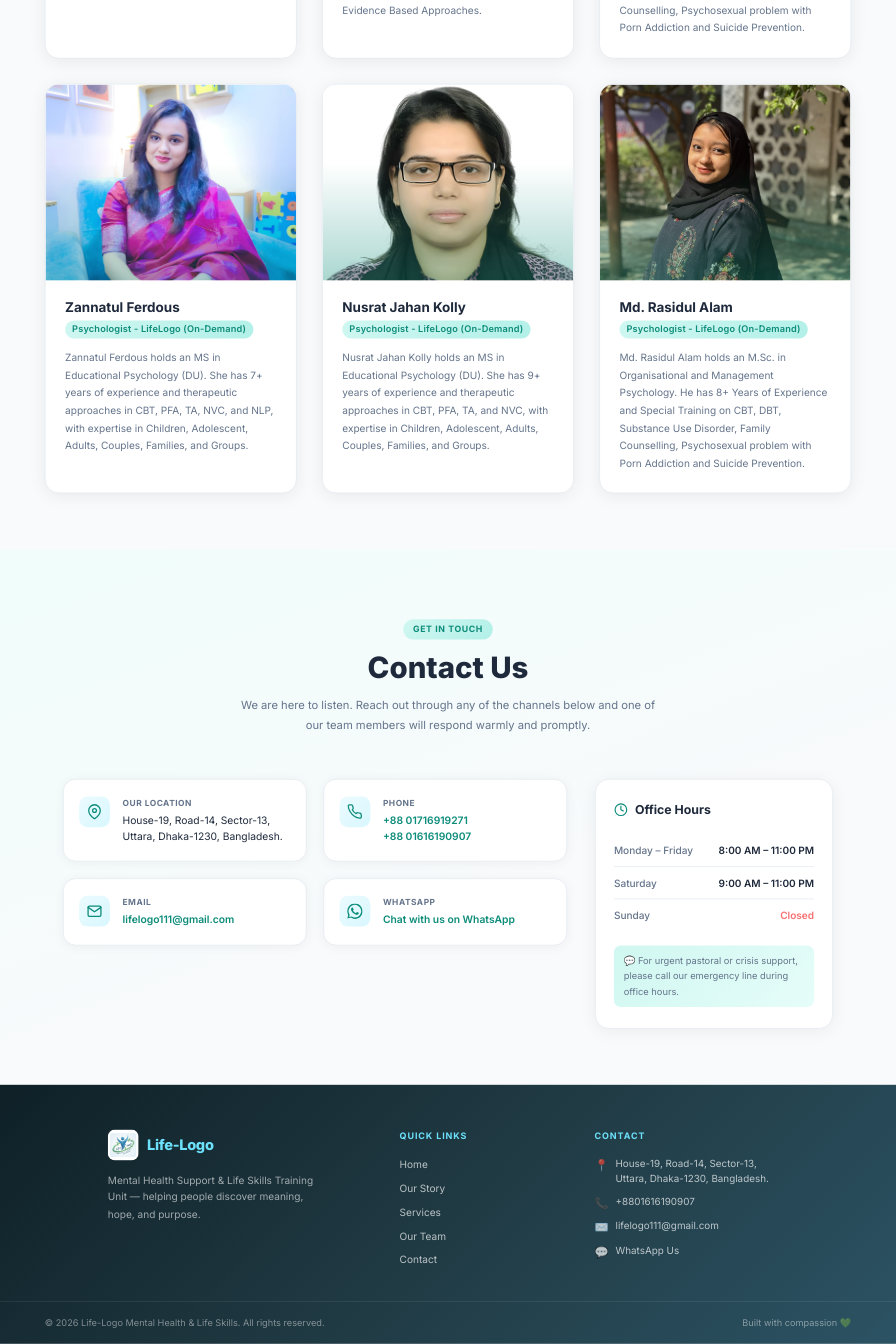
Repository: Tan47s/Lifelogo
Page: /
The author's editor kept a copy of each file at every save. The page is drawn from the files as they stood at one save, then again after the next save.
The browser window is 1280 px wide. The pictures show the part of the page from y = 3664 to 5584 px (the page is 5584 px tall before and 5558 px after), at 70% of full size.
The project was rebuilt for these pictures with package versions that can differ from the ones it lists, and the page was loaded fresh each time. Also part of the build but not shown: vite.config.js.

Above is the page before, as saved 2026-08-22 11:02:09.

After the next save:
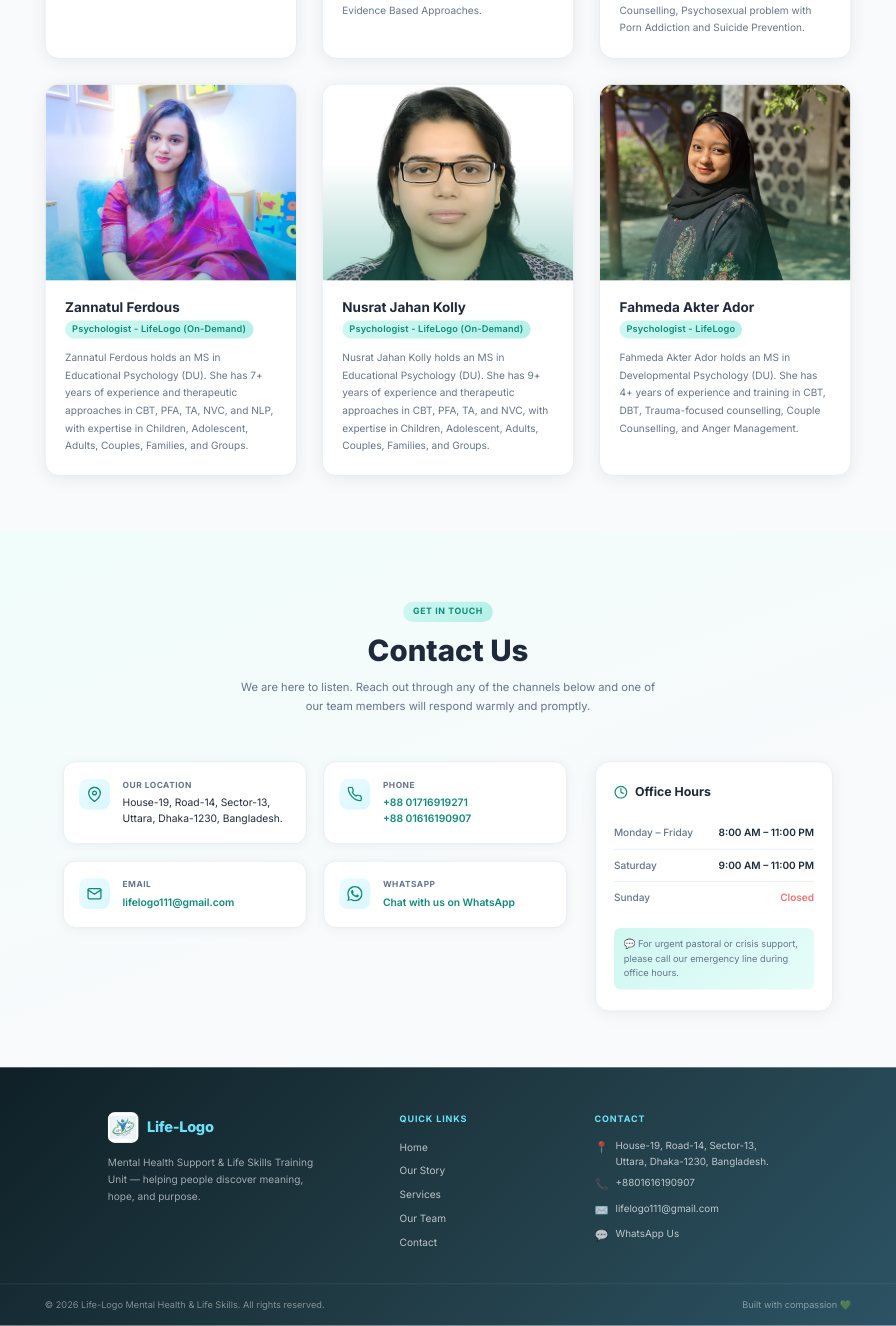
Saved 28 s later.
--- a/src/comp/Counsellors.jsx
+++ b/src/comp/Counsellors.jsx
@@ -61,9 +61,9 @@ const counsellors = [
   },
     {
     img: c9,
-    name: 'Md. Rasidul Alam',
-    role: 'Psychologist - LifeLogo (On-Demand)',
-    bio: 'Md. Rasidul Alam holds an M.Sc. in Organisational and Management Psychology. He has 8+ Years of Experience and Special Training on CBT, DBT, Substance Use Disorder, Family Counselling, Psychosexual problem with Porn Addiction and Suicide Prevention.',
+    name: 'Fahmeda Akter Ador',
+    role: 'Psychologist - LifeLogo',
+    bio: 'Fahmeda Akter Ador holds an MS in Developmental Psychology (DU). She has 4+ years of experience and training in CBT, DBT, Trauma-focused counselling, Couple Counselling, and Anger Management.',
   },
 ]
 
